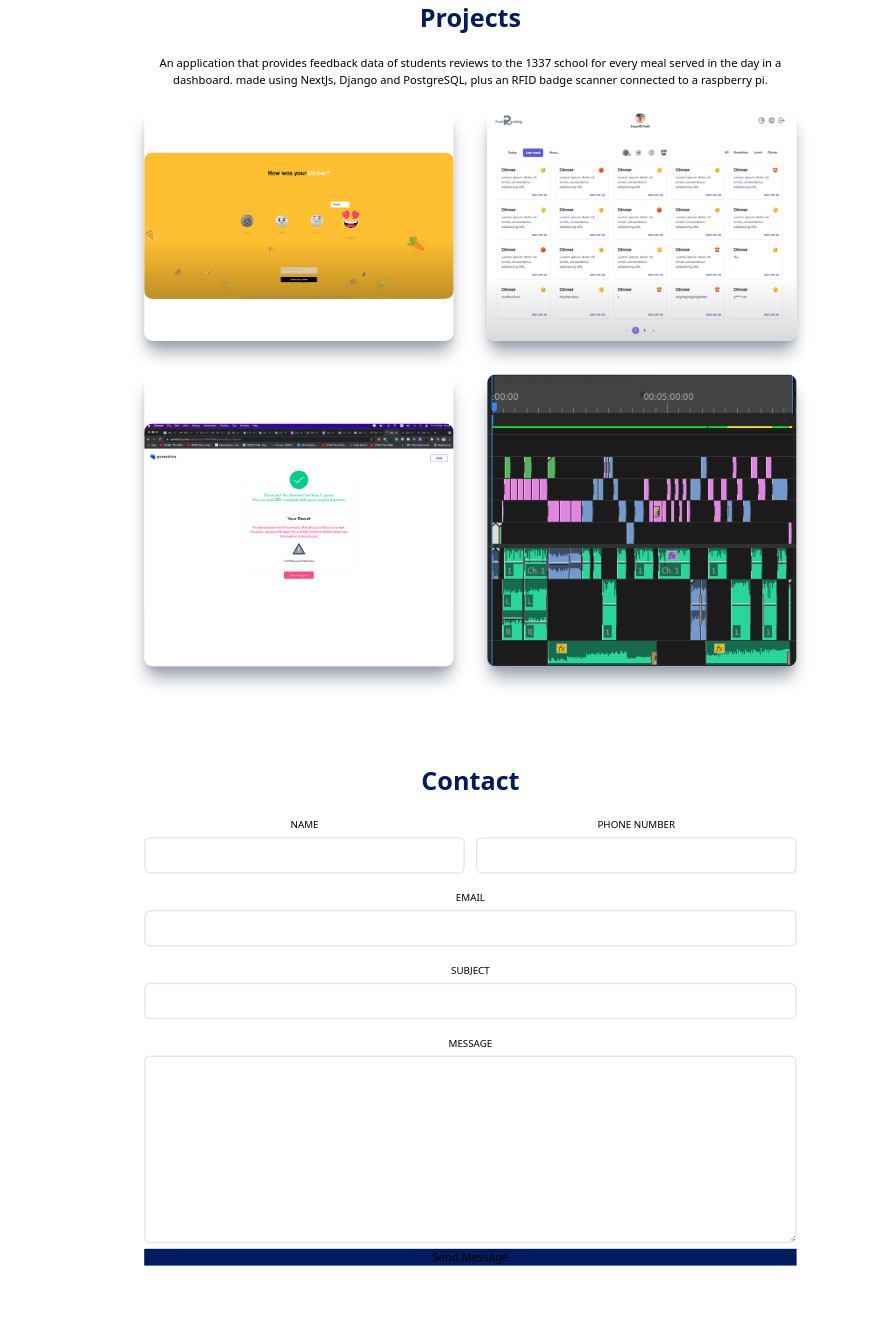
Repository: Saadelfadil/saadelfadil.github.io
Page: /
An editor plug-in stored every save of this project. The page is shown before and after a run of saves, followed by the edit.
The browser window is 1280 px wide. The pictures show the part of the page from y = 810 to 2730 px (the page is 2714 px tall before and 2730 px after), at 70% of full size.
The project was rebuilt for these pictures with package versions that can differ from the ones it lists, and the page was loaded fresh each time. Also part of the build but not shown: vite.config.js.

Above is the page before, as saved 2023-02-26 19:00:55.

After the next 3 saves:
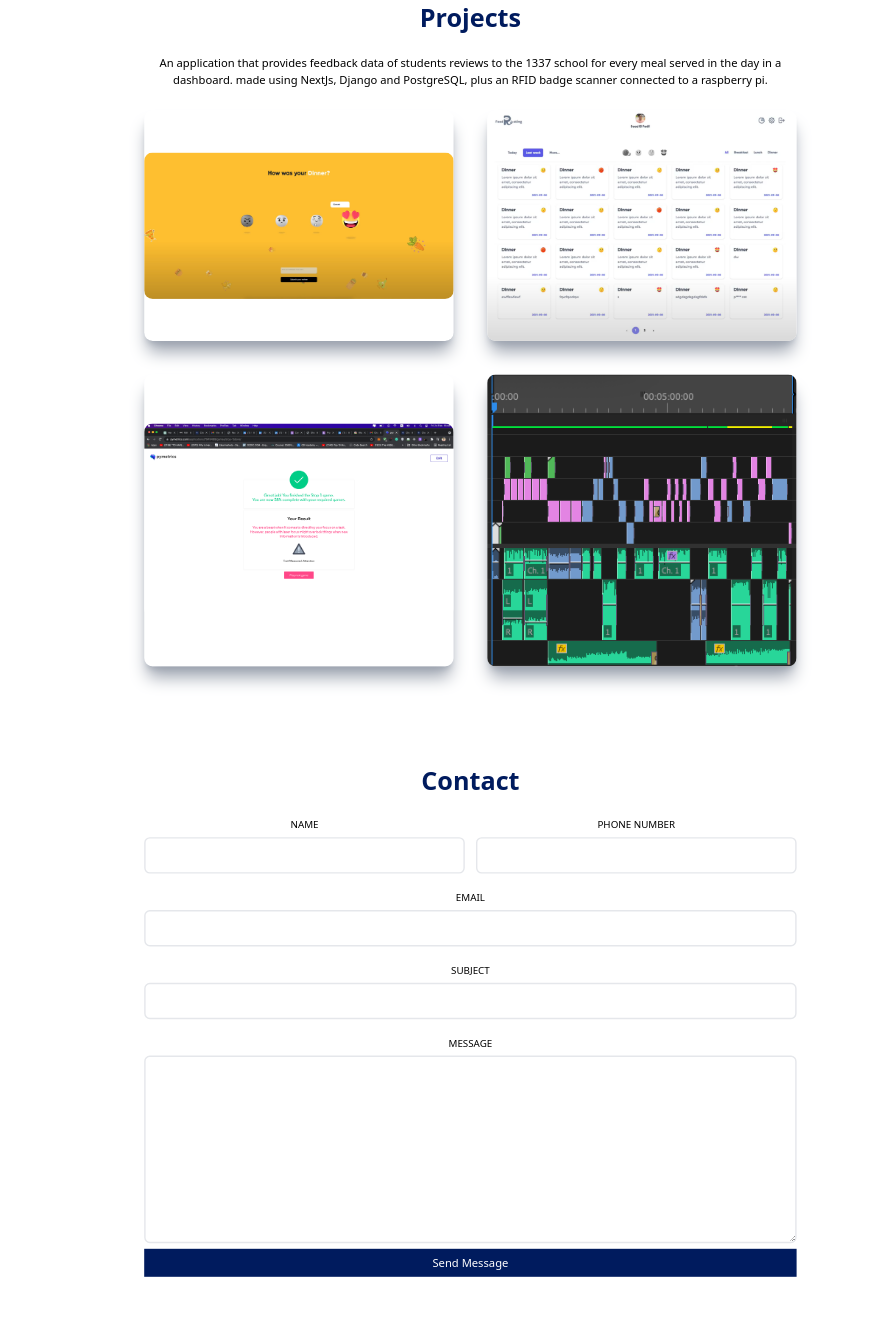
The 3 saves are shown as one change because they came seconds apart.
The last was saved 14 s later.
--- a/src/components/Contact.jsx
+++ b/src/components/Contact.jsx
@@ -29,7 +29,7 @@ const Contact = () => {
                 <label className="uppercase text-sm py-2" htmlFor="">Message</label>
                 <textarea className="border-2 rounded-lg p-3 flex border-gray-200 " rows='10' name="message"></textarea>
             </div>
-            <button className="bg-[#001b5e] w-full" type="submit">
+            <button className="bg-[#001b5e] w-full text-white py-2" type="submit">
                 Send Message
             </button>
         </form>
